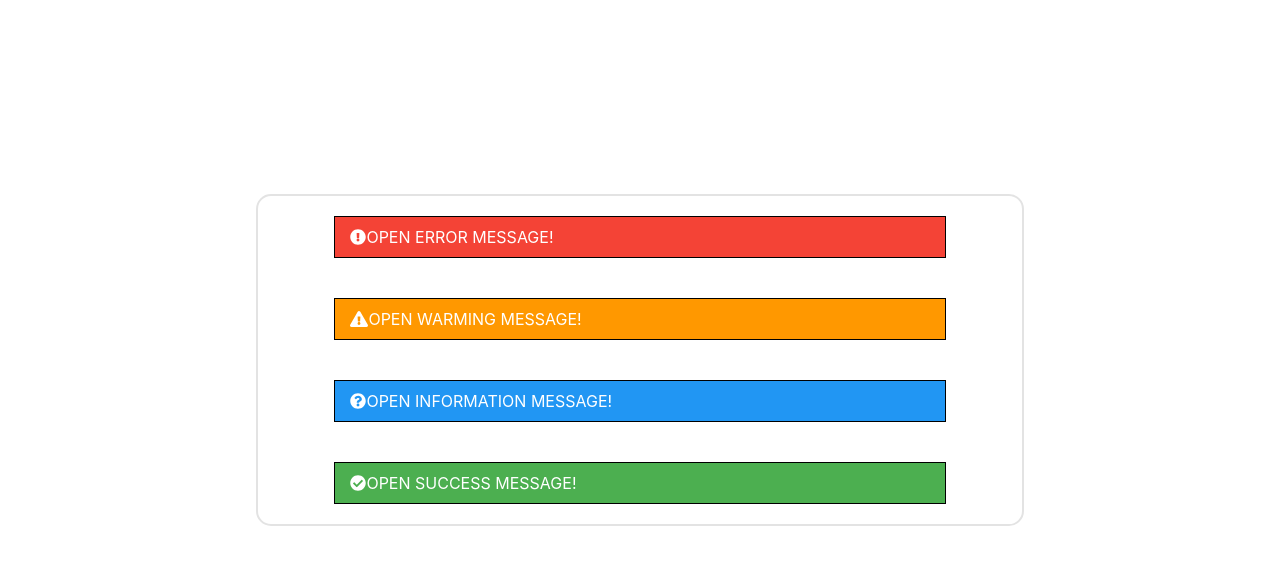
Repository: KrzysKolo/sr_tydzien5_zad2
Page: /
An editor plug-in stored every save of this project. The page is shown before and after the next save, followed by the edit.
The browser window is 1280 px wide. The pictures show the whole page.
The project was rebuilt for these pictures with package versions that can differ from the ones it lists, and the page was loaded fresh each time.

Above is the page before, as saved 2020-12-21 18:15:24.

### public/index.html
<!DOCTYPE html>
<html lang="en">
  <head>
    <meta charset="utf-8" />
    <link rel="icon" href="%PUBLIC_URL%/favicon.ico" />
    <meta name="viewport" content="width=device-width, initial-scale=1" />
    <meta name="theme-color" content="#000000" />
    <meta
      name="description"
      content="Web site created using create-react-app"
    />
    <link rel="apple-touch-icon" href="%PUBLIC_URL%/logo192.png" />
    <!--
      manifest.json provides metadata used when your web app is installed on a
      user's mobile device or desktop. See https://developers.google.com/web/fundamentals/web-app-manifest/
    -->
    <link rel="manifest" href="%PUBLIC_URL%/manifest.json" />
    <!--
      Notice the use of %PUBLIC_URL% in the tags above.
      It will be replaced with the URL of the `public` folder during the build.
      Only files inside the `public` folder can be referenced from the HTML.

      Unlike "/favicon.ico" or "favicon.ico", "%PUBLIC_URL%/favicon.ico" will
      work correctly both with client-side routing and a non-root public URL.
      Learn how to configure a non-root public URL by running `npm run build`.
    -->
    <title>Zad 2 - snackbar</title>
  </head>
  <body>
    <noscript>You need to enable JavaScript to run this app.</noscript>
    <div id="root"></div>
    <!--
      This HTML file is a template.
      If you open it directly in the browser, you will see an empty page.

      You can add webfonts, meta tags, or analytics to this file.
      The build step will place the bundled scripts into the <body> tag.

      To begin the development, run `npm start` or `yarn start`.
      To create a production bundle, use `npm run build` or `yarn build`.
    -->
  </body>
</html>

### src/App.js
import React from 'react';
import Buttons from './components/Buttons';
import './App.css';
const App = () => {
  return (
    <div className="wrapper--btn">
      <Buttons />
    </div>
  )
}

export default App;

### src/components/Buttons.js
import React from 'react';
import PaletColors from './../colors/PaletColors';
import ButtonsData from './../data/ButtonsData';
import Button from './Button';

const Buttons = () => {
    return (
        <>
            {ButtonsData.map(button =>
                <Button key={button.id} data={button} />
            )}
        </>
    )
}

export default Buttons;

### src/App.css
* {
  box-sizing: border-box;
  margin: 0;
  position: relative;
}
body {
  width: 100vw;
  height: 100vh;
  display: flex;
  flex-direction: row;
  justify-content: center;
  align-items: center;
}
.wrapper--btn {
  border: 2px solid #e3e3e3;
  border-radius: 15px;
  width: 60vw;
  display: flex;
  flex-direction: column;
  justify-content: center;
  align-items: center;
}
.btn {
  border: 1px solid black;
  color: rgb(240, 239, 244);
  cursor: pointer;
  padding: 10px 15px;
  margin: 20px;
  width: 80%;
}

### src/colors/PaletColors.js
const PaletColors = {
    "red": "rgb(244, 67, 54)",
    "orange": "rgb(255, 152, 0)",
    "blue": "rgb(33, 150, 243)",
    "green": "rgb(76, 175, 80)",
    "maroon": "rgb(124, 0, 0)",
    "navy": "rgb(44, 44, 96)",
    "white": "rgb(240, 239, 244)",
    "black": "rgb(0, 0, 0)",
};

  export default PaletColors;

### src/data/ButtonsData.js
const ButtonsData = [
    {
      id: 0,
      name: "OPEN ERROR MESSAGE!",
      event: "handleClickError",
      color: "rgb(244, 67, 54)",
      icon: "faExclamationCircle"
    },
    {
      id: 1,
      name: "OPEN WARMING MESSAGE!",
      event: "handleClickWarming",
      color: "rgb(255, 152, 0)",
      icon: "faExclamationTriangle",
    },
    {
      id: 2,
      name: "OPEN INFORMATION MESSAGE!",
      event: "handleClickInformation",
      color: "rgb(33, 150, 243)",
      icon: "faQuestionCircle",
    },
    {
      id: 3,
      name: "OPEN SUCCESS MESSAGE!",
      event: "handleClickSuccess",
      color: "rgb(76, 175, 80)",
      icon: "faCheckCircle",
    },

  ]
 export default ButtonsData;

### src/components/Button.js
import React, { useState } from 'react';
import Icons from './Icons';
import PaletColor from './../colors/PaletColors';
import { faEarlybirds } from '@fortawesome/free-brands-svg-icons';

const Button = ({ data} ) => {
    const [isHovered, setIsHovered] = useState(false);
    const unhoveredStyle = {
        background: data.color,
        color: "#fff",
        transition: `all .3s ease`,
      };

      const hoveredStyle = {
        border: `2px solid ${data.color}`,
        backgroundColor: "#fff",
        color: data.color,

      };
    return (
        <div className="btn"
        onClick={data.event}
        style={isHovered ? hoveredStyle : unhoveredStyle
              }
        onMouseOver={() => setIsHovered(true)}
        onMouseLeave={() => setIsHovered(false)}>
            <Icons icon={data.icon}/>
             {data.name}
        </div>
    )
}

export default Button;

### src/components/Icons.js
import React from 'react';
import { FontAwesomeIcon } from '@fortawesome/react-fontawesome';
import { faCheckCircle, faQuestionCircle, faExclamationTriangle, faExclamationCircle } from '@fortawesome/free-solid-svg-icons';

const Icons = ({icon}) => {

        switch (icon) {
            case 'faExclamationCircle': return <FontAwesomeIcon icon={faExclamationCircle} />;
            case 'faExclamationTriangle': return <FontAwesomeIcon icon={faExclamationTriangle} />;
            case 'faQuestionCircle': return <FontAwesomeIcon icon={faQuestionCircle} />;
            case 'faCheckCircle': return <FontAwesomeIcon icon={faCheckCircle} />;
            default: return null;
            }



}

export default Icons;

Loaded but not shown: src/index.js (common file); src/index.css (common file)

After the next save:
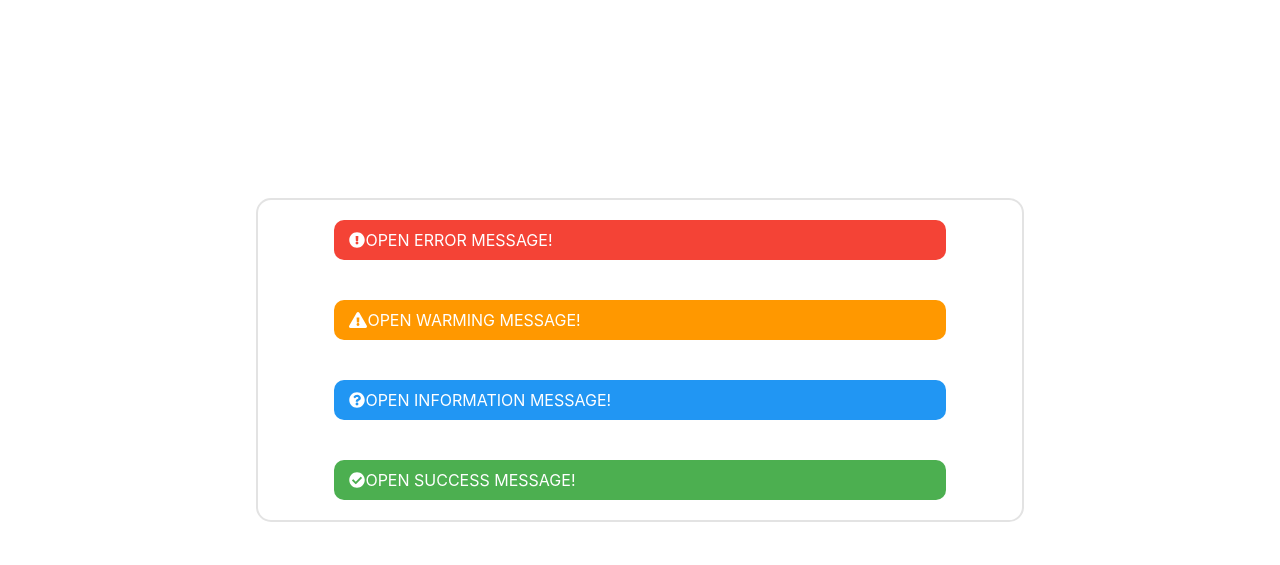
Saved 89 s later.
--- a/src/App.css
+++ b/src/App.css
@@ -21,7 +21,7 @@ body {
   align-items: center;
 }
 .btn {
-  border: 1px solid black;
+  border-radius: 10px;
   color: rgb(240, 239, 244);
   cursor: pointer;
   padding: 10px 15px;
